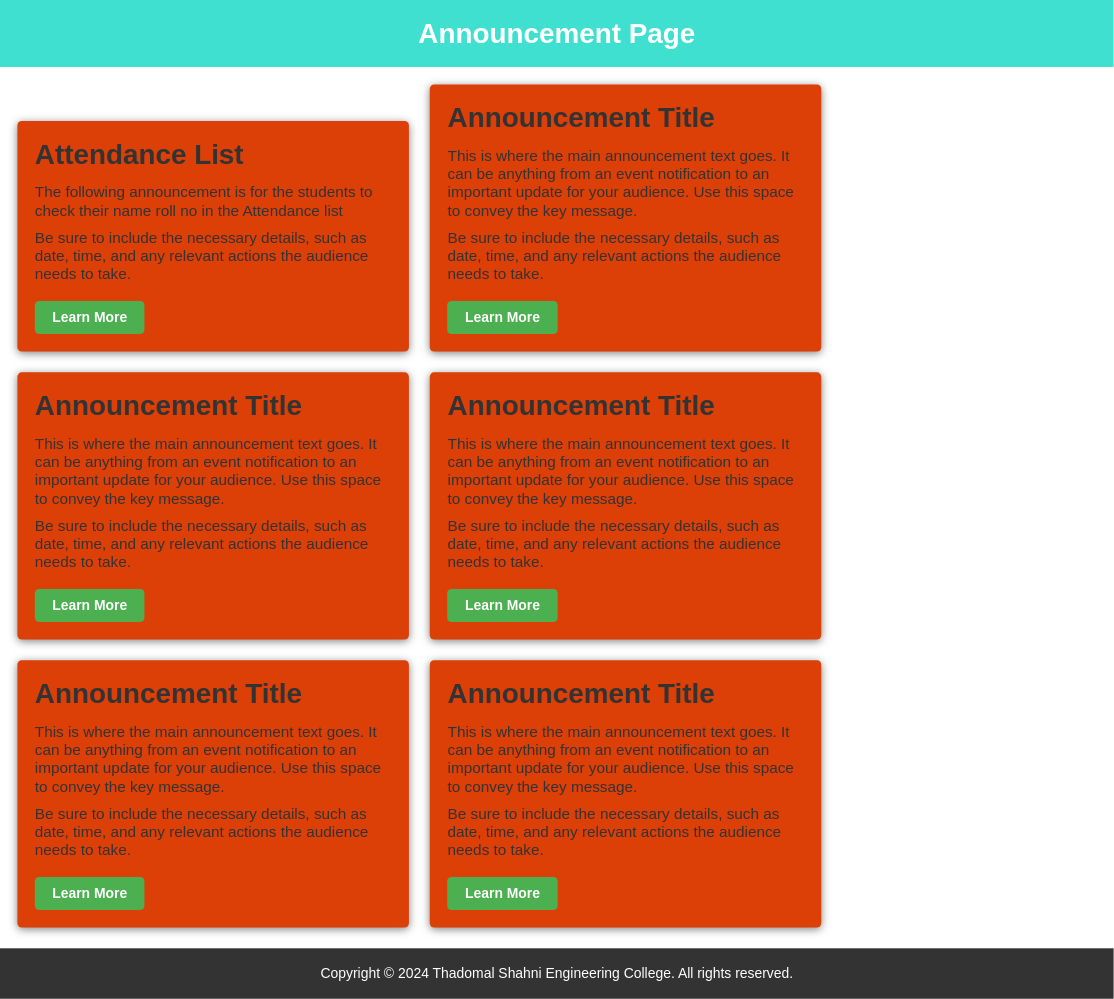
Repository: TejasS1233/MINITHON-hackathon-project
Page: annoucementpage.html
These files come from the project's save history. The page is drawn as it stood at one moment and after the next save; the edit follows.
The browser window is 1280 px wide. The pictures show the whole page, at 87% of full size.

Above is the page before, as saved 2024-09-20 09:34:45.

### annoucementpage.html
<!DOCTYPE html>
<html lang="en">
<head>
    <meta charset="UTF-8">
    <meta name="viewport" content="width=device-width, initial-scale=1.0">
    <meta http-equiv="X-UA-Compatible" content="ie=edge">
    <title>Announcement Page</title>
    <link rel="stylesheet" href="styles.css">
</head>
<body>

    <div class = "announcement-heading">
        <h1>Announcement Page</h1>
    </div>

    <div class="announcement-grid">
    <div class="announcement">
        <h2>Attendance List</h2>
        <p>
            The following announcement is for the students to check their name roll no in the Attendance list
        </p>
        <p>
            Be sure to include the necessary details, such as date, time, and any relevant actions the
            audience needs to take.
        </p>
        <a href="#" class="cta-button">Learn More</a>
    </div>
    <div class="announcement">
        <h2>Announcement Title</h2>
        <p>
            This is where the main announcement text goes. It can be anything from an event notification to
            an important update for your audience. Use this space to convey the key message.
        </p>
        <p>
            Be sure to include the necessary details, such as date, time, and any relevant actions the
            audience needs to take.
        </p>
        <a href="#" class="cta-button">Learn More</a>
    </div>
    <div class="announcement">
        <h2>Announcement Title</h2>
        <p>
            This is where the main announcement text goes. It can be anything from an event notification to
            an important update for your audience. Use this space to convey the key message.
        </p>
        <p>
            Be sure to include the necessary details, such as date, time, and any relevant actions the
            audience needs to take.
        </p>
        <a href="#" class="cta-button">Learn More</a>
    </div>
    <div class="announcement">
        <h2>Announcement Title</h2>
        <p>
            This is where the main announcement text goes. It can be anything from an event notification to
            an important update for your audience. Use this space to convey the key message.
        </p>
        <p>
            Be sure to include the necessary details, such as date, time, and any relevant actions the
            audience needs to take.
        </p>
        <a href="#" class="cta-button">Learn More</a>
    </div>
    <div class="announcement">
        <h2>Announcement Title</h2>
        <p>
            This is where the main announcement text goes. It can be anything from an event notification to
            an important update for your audience. Use this space to convey the key message.
        </p>
        <p>
            Be sure to include the necessary details, such as date, time, and any relevant actions the
            audience needs to take.
        </p>
        <a href="#" class="cta-button">Learn More</a>
    </div>
    <div class="announcement">
        <h2>Announcement Title</h2>
        <p>
            This is where the main announcement text goes. It can be anything from an event notification to
            an important update for your audience. Use this space to convey the key message.
        </p>
        <p>
            Be sure to include the necessary details, such as date, time, and any relevant actions the
            audience needs to take.
        </p>
        <a href="#" class="cta-button">Learn More</a>
    </div>
</div>

    <footer>
        <p> Copyright &copy; 2024 Thadomal Shahni Engineering College. All rights reserved.</p>
    </footer>
</body>
</html>

### styles.css
* {
    margin: 0;
    padding: 0;
    box-sizing: border-box;
}

body {
    font-family: 'Arial', sans-serif;
    background-color: white;
    color: #333;
}


.announcement-heading {
    background-color: turquoise;
    color: white;
    padding: 20px 0;
    text-align: center;
    margin-bottom: 20px;
}

.class announcement-grid
{
    display: grid;
    grid-template-columns: repeat(auto-fit, minmax(450px, 1fr));
    gap: 20px;
    padding: 20px;
    margin-bottom: 20px;
    position: absolute;
}

.announcement {
    background-color: rgb(220, 64, 7);
    padding: 20px;
    border-radius: 5px;
    box-shadow: 0 2px 10px rgba(0, 0, 0, 0.5);
    margin-bottom: 20px;
    margin-left: 20px;
    max-width: 450px;
    display: inline-block;
    position: relative;
    overflow: hidden;
}

.announcement h2 {
    font-size: 2em;
    margin-bottom: 15px;
}

.announcement p {
    margin-bottom: 10px;
    font-size: 1.1em;
}

.cta-button {
    display: inline-block;
    background-color: #4CAF50;
    color: white;
    padding: 10px 20px;
    text-decoration: none;
    border-radius: 5px;
    margin-top: 10px;
    font-weight: bold;
    transition: background-color 1s;
}

.cta-button:hover {
    background-color: #45a049;
    cursor: pointer;
}


footer {
    text-align: center;
    padding: 20px 0;
    background-color: #333;
    color: white;
    position: relative;
    width: 100%;
    bottom: 0;
}

After the next save:
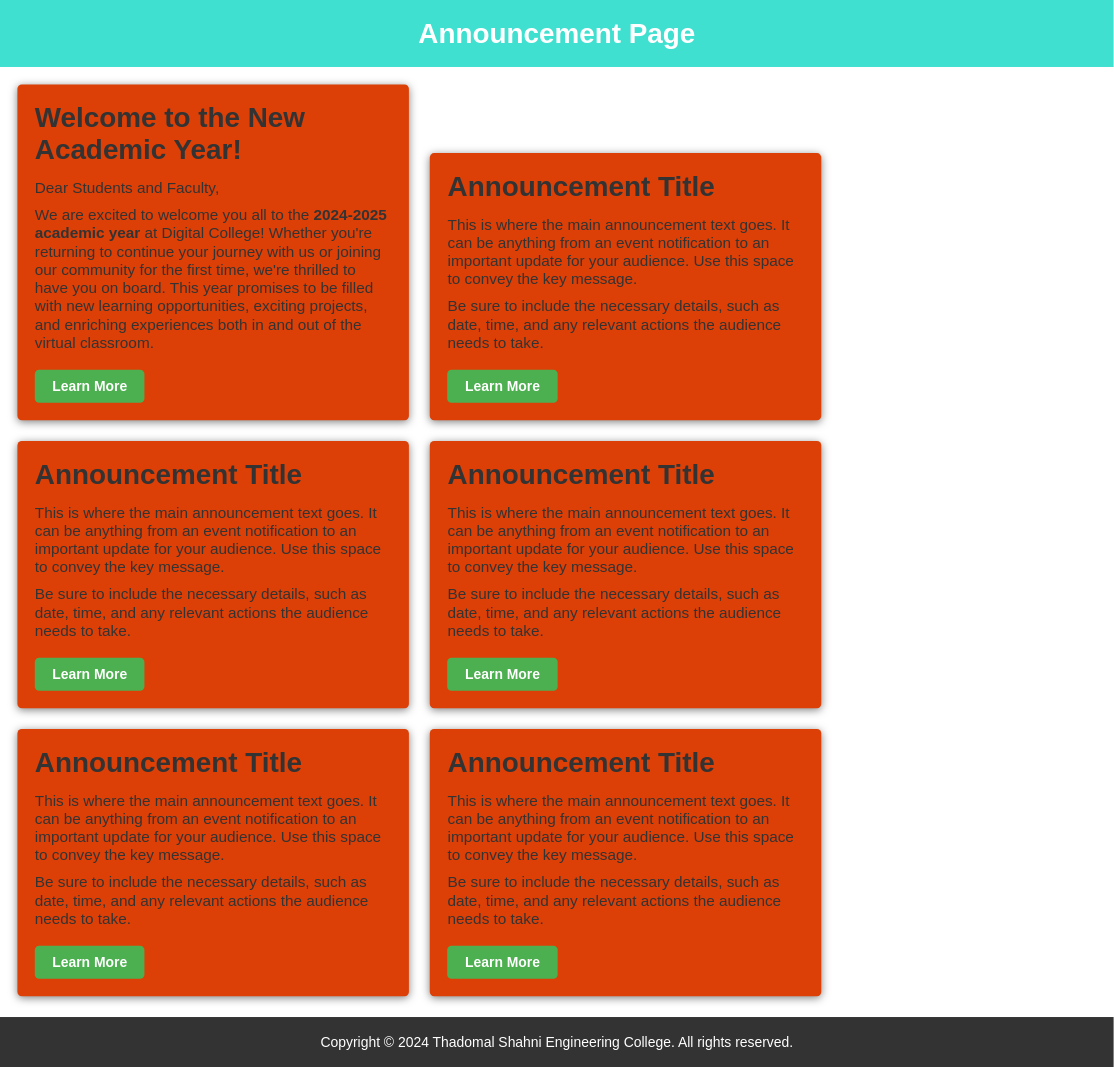
Saved 30 s later.
--- a/annoucementpage.html
+++ b/annoucementpage.html
@@ -15,13 +15,15 @@
 
     <div class="announcement-grid">
     <div class="announcement">
-        <h2>Attendance List</h2>
+        <h2>Welcome to the New Academic Year!</h2>
         <p>
-            The following announcement is for the students to check their name roll no in the Attendance list
+            Dear Students and Faculty,
         </p>
         <p>
-            Be sure to include the necessary details, such as date, time, and any relevant actions the
-            audience needs to take.
+            We are excited to welcome you all to the <strong>2024-2025 academic year</strong> at Digital College!
+        Whether you're returning to continue your journey with us or joining our community for the first time,
+        we're thrilled to have you on board. This year promises to be filled with new learning opportunities,
+        exciting projects, and enriching experiences both in and out of the virtual classroom.
         </p>
         <a href="#" class="cta-button">Learn More</a>
     </div>
